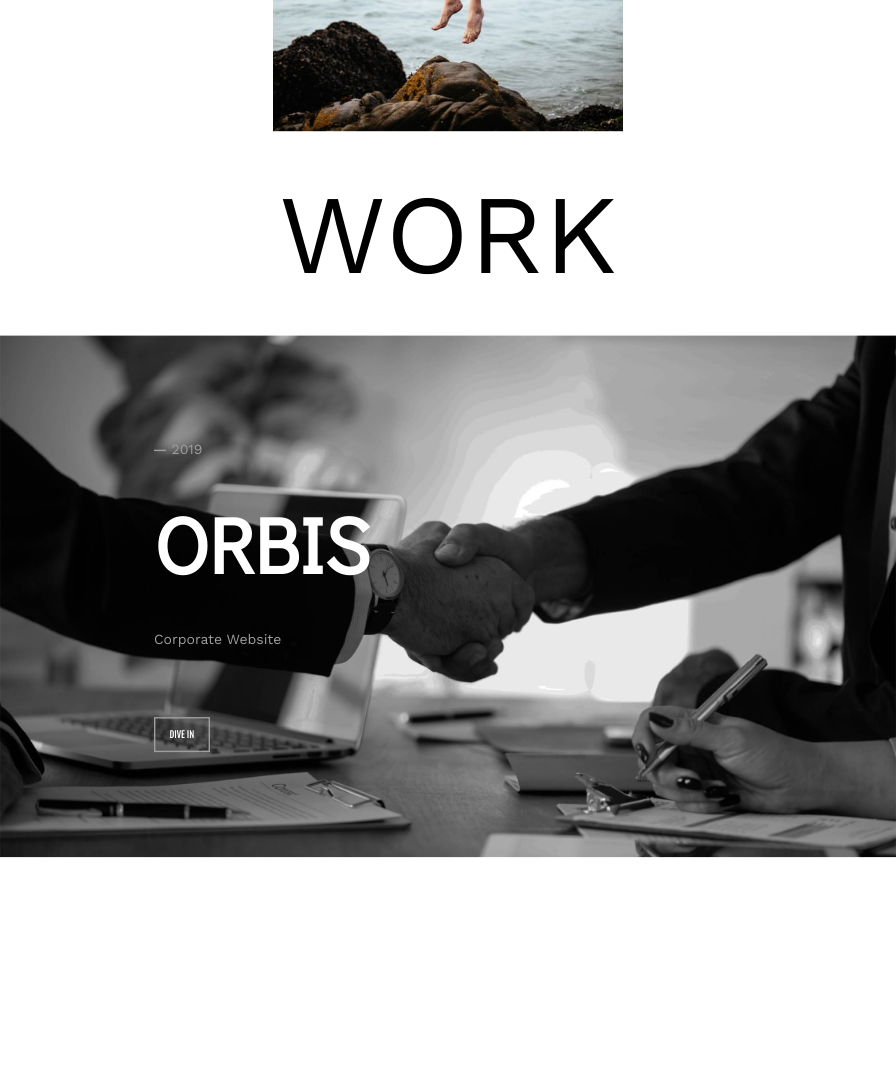
Repository: m0lt/DigitalDesigner
Page: index.html
These files come from the project's save history. The page is drawn as it stood at one moment and after the next save; the edit follows.
The browser window is 1280 px wide. The pictures show the part of the page from y = 928 to 2848 px (the page is 2453 px tall before and 2848 px after), at 70% of full size.
Backgrounds fixed to the window are drawn as part of the page.

Above is the page before, as saved 2025-07-08 11:07:46.

### index.html
<!DOCTYPE html>
<html lang="en">
  <head>
    <meta charset="UTF-8" />
    <meta name="viewport" content="width=device-width, initial-scale=1.0" />
    <link rel="stylesheet" href="./assets/css/styles.css" />
    <link rel="stylesheet" href="./assets/css/styles.css" />
    <title>Project 1</title>
  </head>
  <body>
    <header></header>
    <main>
      <section class="hero">
        <p>Super Portfolio of</p>
        <h1>DIGITAL<br />DESIGNER</h1>
        <img src="./assets/img/portfolio1.jpeg" alt="Man Jumping on Rock" />
        <p>WORK</p>
      </section>
      <section id="ORBIS" class="dark content">
        <p class="Year">2019</p>
        <h2>ORBIS</h2>
        <p>Corporate Website</p>
        <button>DIVE IN</button>
      </section>
      <section class="dark content"></section>
      <section></section>
      <section></section>
    </main>
    <footer></footer>
  </body>
</html>

### assets/css/styles.css
* {
  box-sizing: border-box;
  margin: 0;
  padding: 0;
}

:root {
  --void: #000;
  --bright: #fff;
  --dark: #333;
  --mid: #666;
  --light: #9e9e9e;
  --font-size: 16px;
}

@font-face {
  font-family: "Didact Gothic";
  src: url(../font/Didact_Gothic/DidactGothic-Regular.ttf);
}
@font-face {
  font-family: "Fjalla One";
  src: url(../font/Fjalla_One/FjallaOne-Regular.ttf);
}
@font-face {
  font-family: "Work Sans";
  src: url(../font/Work_Sans/WorkSans-VariableFont_wght.ttf);
}

html {
}

h1 {
  font-family: "Didact Gothic";
  font-size: 100px;
  font-weight: 100px;
  letter-spacing: -2px;
  margin: 30px;
}

h2 {
  font-family: "Didact Gothic";
  font-size: 112px;
  padding: 50px 0 50px 0;
}

.content {
  margin: 0 auto;
  padding: 150px 220px;
  width: 100%;
  background-repeat: no-repeat;
  background-attachment: fixed;
}

.content p {
  font-family: "Work Sans";
  font-size: 20px;
}

/* Strich vor der Jahreszahl */
.Year::before {
  content: "";
  display: inline-block;
  width: 17px;
  height: 2px;
  margin-right: 8px;
  vertical-align: middle;
}

button {
  border-width: 2px;
  border-style: solid;
  padding: 15px 20px;
  margin-top: 100px;
  background-color: transparent;
  font-family: "Fjalla One";
}

.light {
}

.dark p {
  color: var(--light);
}
.dark h2 {
  color: var(--bright);
}
.dark button {
  border-color: var(--light);
  color: var(--bright);
}
.dark .Year::before {
  background-color: var(--light);
}

/* #==============Sections=============== */

.hero {
  text-align: center;
  margin: 20px;
}
.hero p {
  font-family: "Work Sans";
}
.hero p:nth-of-type(1) {
  font-size: 20px;
}
.hero p:nth-of-type(2) {
  margin: 50px;
  font-size: 160px;
}

#ORBIS {
  background-image: url("../img/portfolio2.jpg");
  background-size: cover;
}

After the next save:
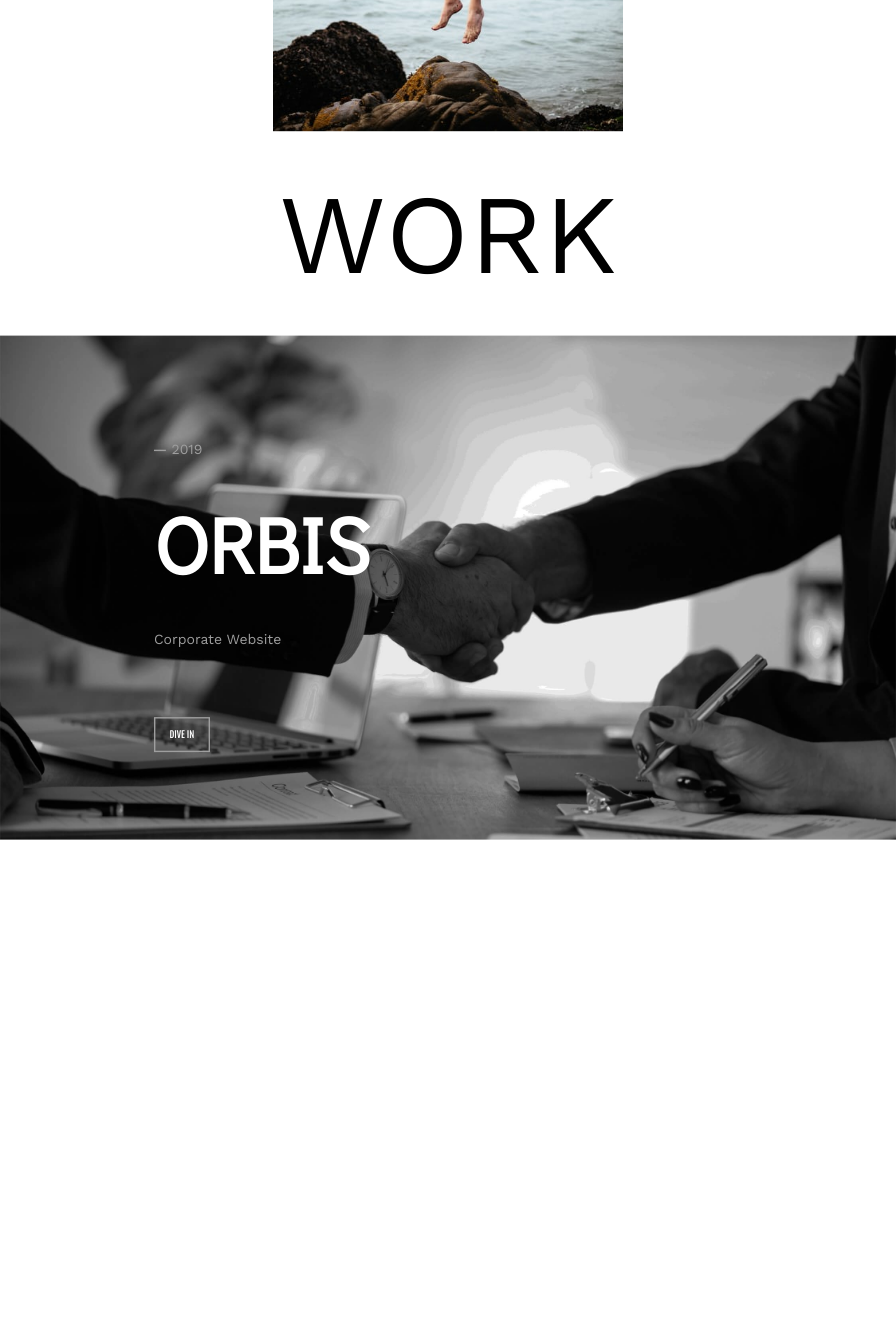
Saved 40 s later.
--- a/assets/css/styles.css
+++ b/assets/css/styles.css
@@ -46,7 +46,7 @@ h2 {
 .content {
   margin: 0 auto;
   padding: 150px 220px;
-  width: 100%;
+  height: 100vh;
   background-repeat: no-repeat;
   background-attachment: fixed;
 }
